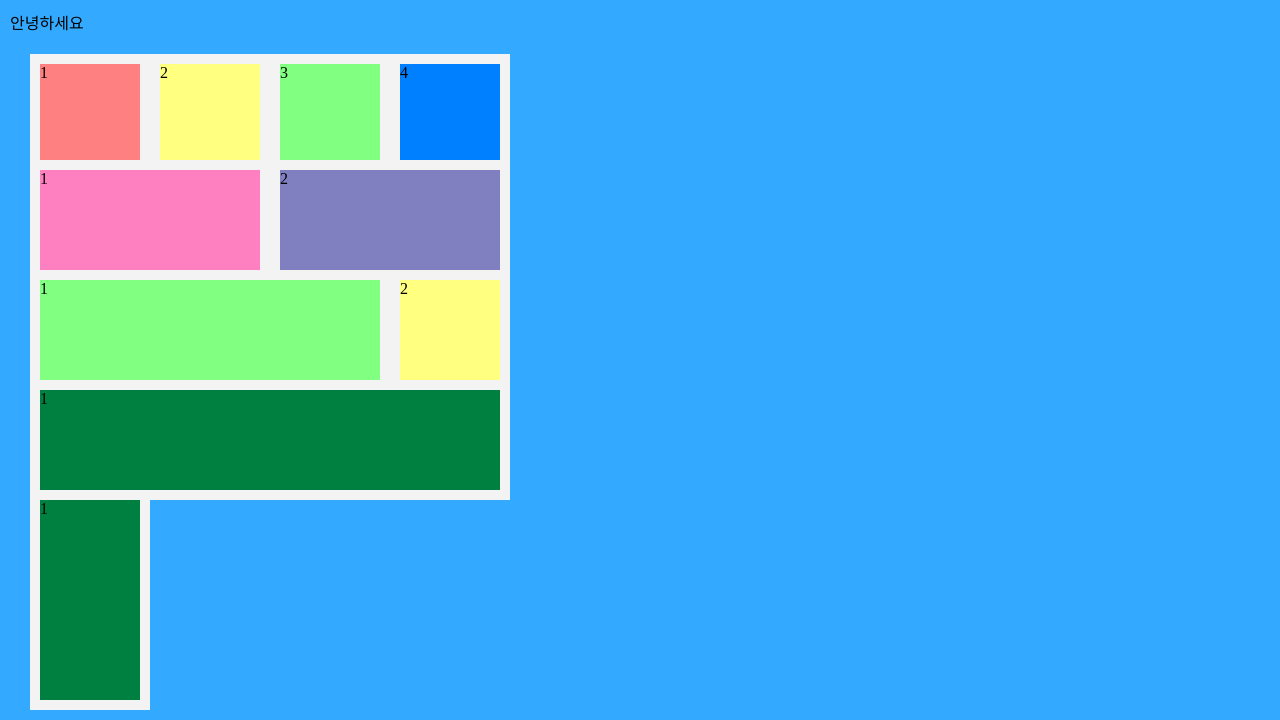
Repository: BaekJiGyeong/JSP_web
Page: http://localhost/Article/
These files come from the project's save history. The page is drawn as it stood at one moment and after the next save; the edit follows.
The browser window is 1280 px wide. The pictures show the whole page.
The page is served by Tomcat 9.

Above is the page before, as saved 2016-03-03 09:04:38.

After the next save:
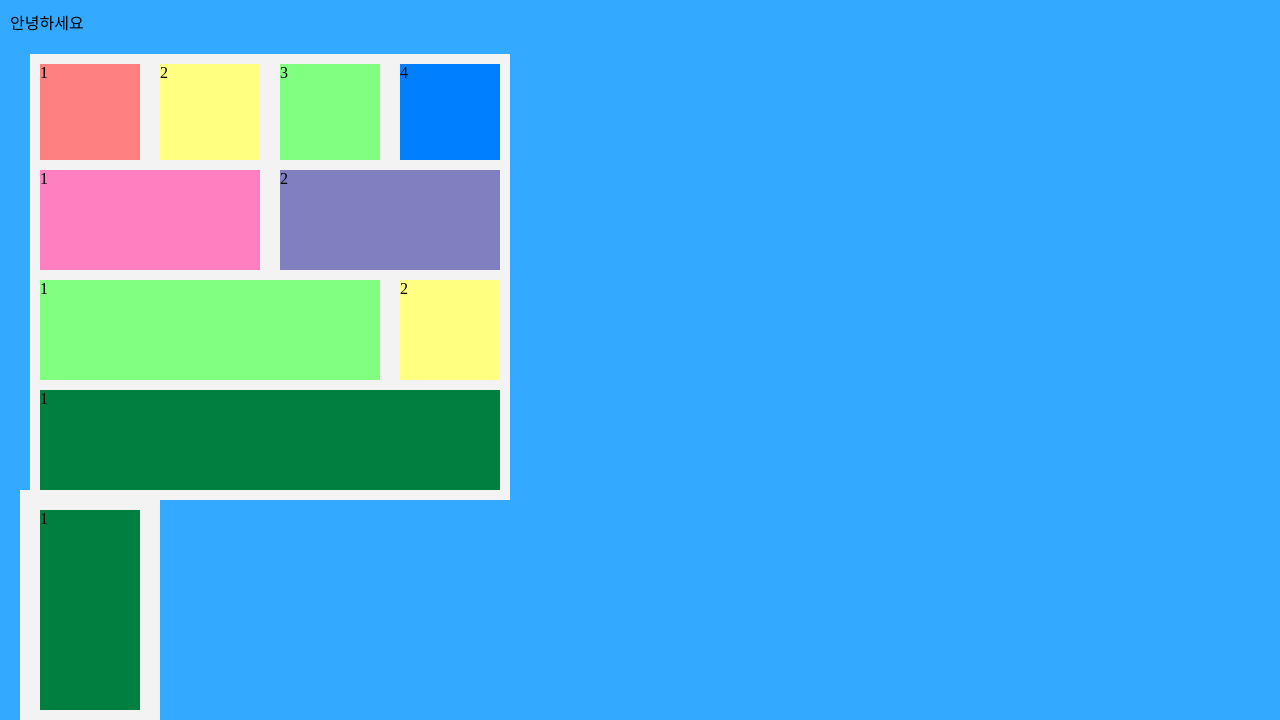
Saved 50 s later.
--- a/Article/WebContent/resource/css/project1.css
+++ b/Article/WebContent/resource/css/project1.css
@@ -85,7 +85,7 @@ div#row4col1 {
 	float: left;
 }
 
-div#col1 {
+div#wrapper2 {
 	 top: 480px;
 	 background-color: #f3f3f3;
 	 position: absolute;
